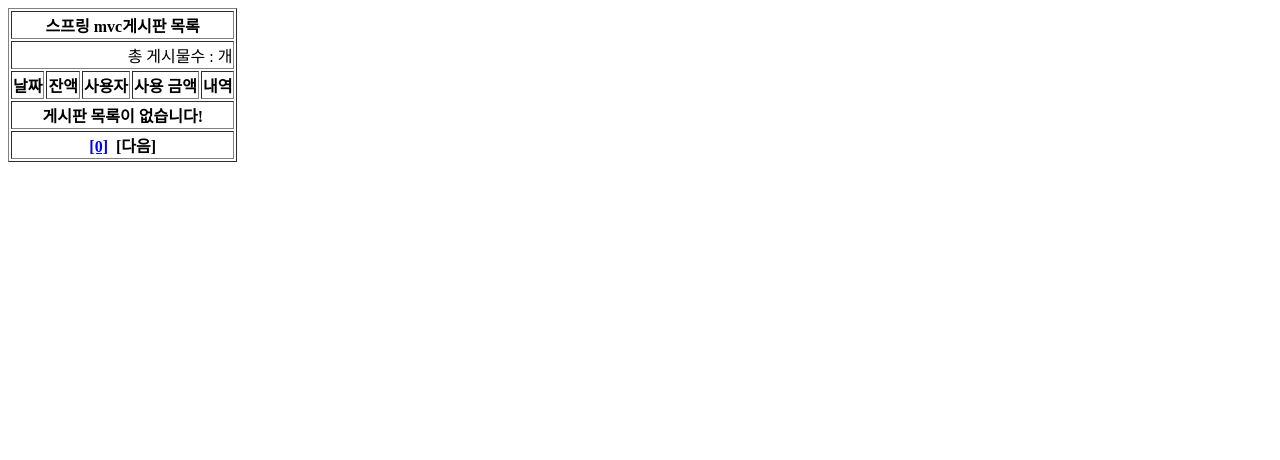
Repository: CSID-DGU/2020-1-ESCD-DOUBLE
Page: http://localhost/web/WEB-INF/views/bank/blistall.jsp
An editor plug-in stored every save of this project. The page is shown before and after the next save, followed by the edit.
The browser window is 1280 px wide. The pictures show the whole page.
The page is served by Tomcat 9. Nobody is signed in. The template is opened directly, without the code that normally fills it, so the values that code supplies are empty.

Above is the page before, as saved 2020-05-01 15:45:02.

After the next save:
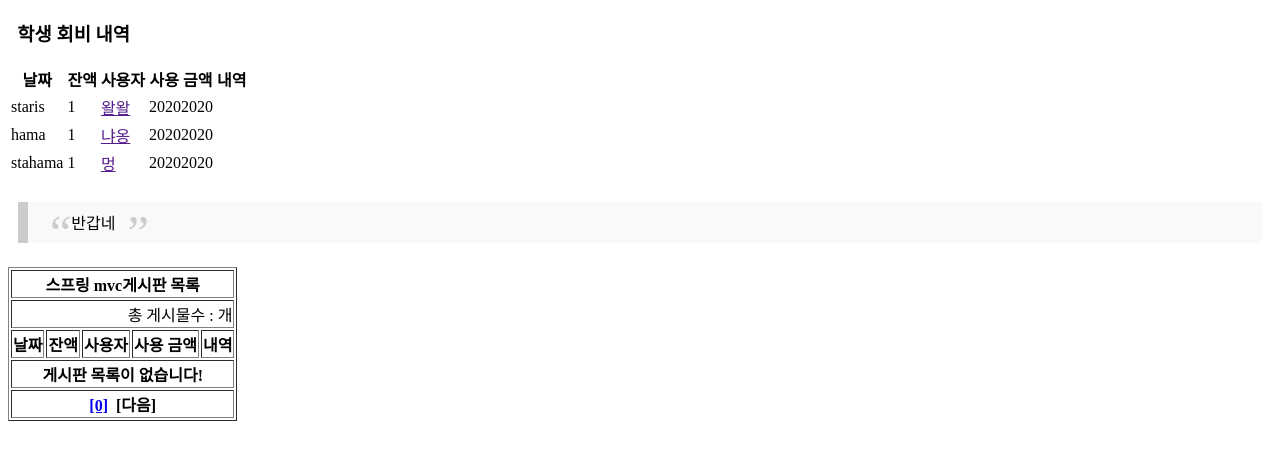
Saved 51 s later.
--- a/web/src/main/webapp/WEB-INF/views/bank/blistall.jsp
+++ b/web/src/main/webapp/WEB-INF/views/bank/blistall.jsp
@@ -35,7 +35,55 @@ vertical-align:-0.4em;
 
 </style>
 </head>
-<body>
+<body>  <div class="container">
+	<div class="row">
+		<div class="col-xs-12">
+		<div class="panel panel-primary">
+		<div class="panel-heading">
+			<h3 class="panel-title">
+				<span class="glyphicon glyphicon-tags"></span>
+				&nbsp;&nbsp;학생 회비 내역
+			</h3>
+		</div>
+
+		<table class="table">
+			<thead>
+			<tr>
+			<th>날짜</th>	<th>잔액</th>	<th>사용자</th>	<th>사용 금액</th><th>내역</th>
+			</tr>
+			</thead>
+			<tbody>
+				<tr>
+				<td>staris</td>
+				<td>1</td>
+				<td><a href="">왈왈</a></td>
+				<td>20202020</td>
+				</tr>
+				<tr>
+				<td>hama</td>
+				<td>1</td>
+				<td><a href="">냐옹</a></td>
+				<td>20202020</td>
+				</tr>
+				<tr>
+				<td>stahama</td>
+				<td>1</td>
+				<td><a href="">멍</a></td>
+				<td>20202020</td>
+				</tr>
+
+			</tbody>
+		</table>
+			<div class="panel-footer">
+					<blockquote>반갑네</blockquote>
+			</div>
+
+		</div></div>
+	</div>
+</div>
+
+
+
 <table class="table" border="1">
   <tr>
    <th colspan="5">스프링 mvc게시판 목록</th>
